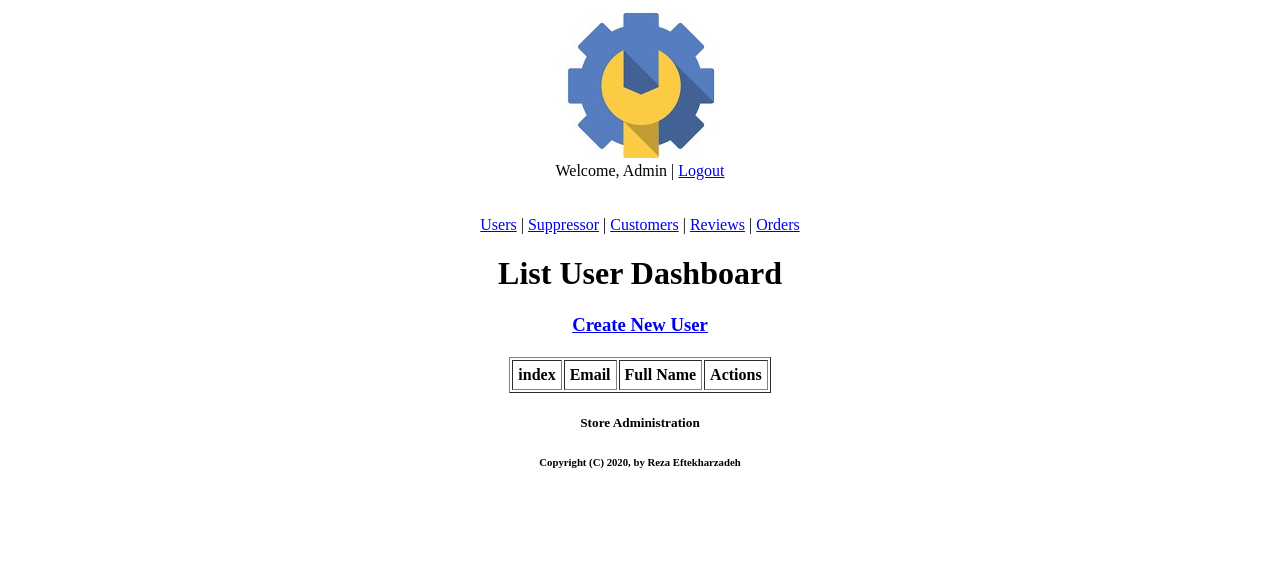
Repository: RezaEftekharzadeh/frey
Page: http://localhost/SilencerStoreProject/admin/user_list.jsp
These files come from the project's save history. The page is drawn as it stood at one moment and after the next save; the edit follows.
The browser window is 1280 px wide. The pictures show the whole page.
The page is served by Tomcat 9. Nobody is signed in. The application's start-up code is not run.

Above is the page before, as saved 2020-07-18 22:15:47.

After the next save:
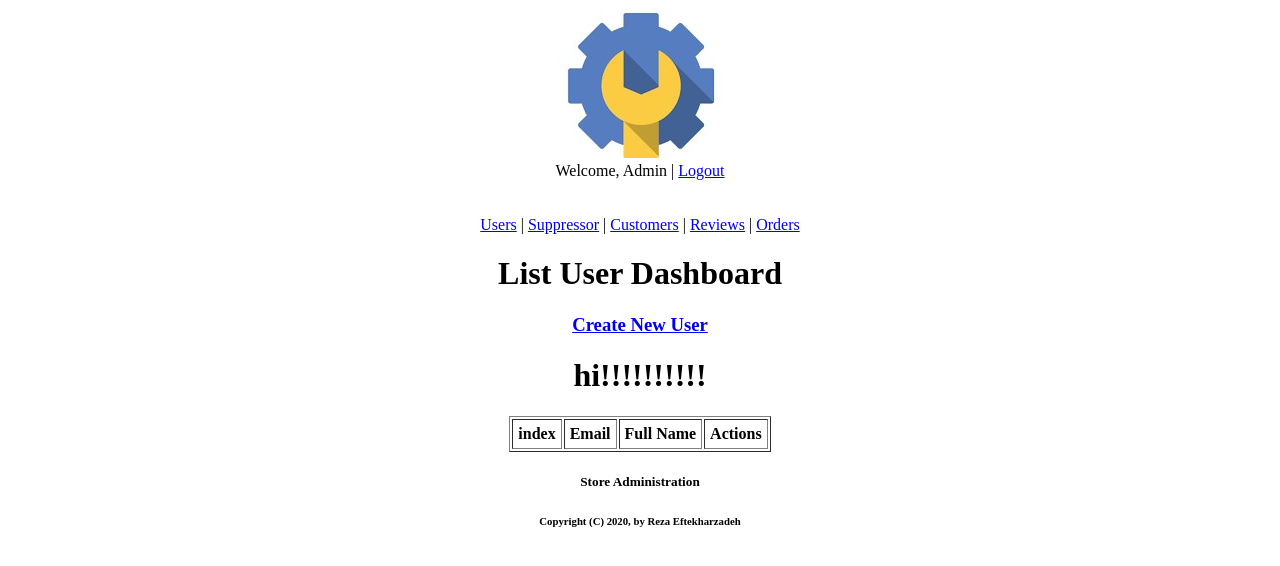
Saved 96 s later.
--- a/SilencerStoreProject/WebContent/admin/user_list.jsp
+++ b/SilencerStoreProject/WebContent/admin/user_list.jsp
@@ -16,7 +16,7 @@
     </div>
 
     <div align="center">
-
+    	<h1>hi!!!!!!!!!!</h1>
     	<h1>${message}</h1>
     </div>
 
